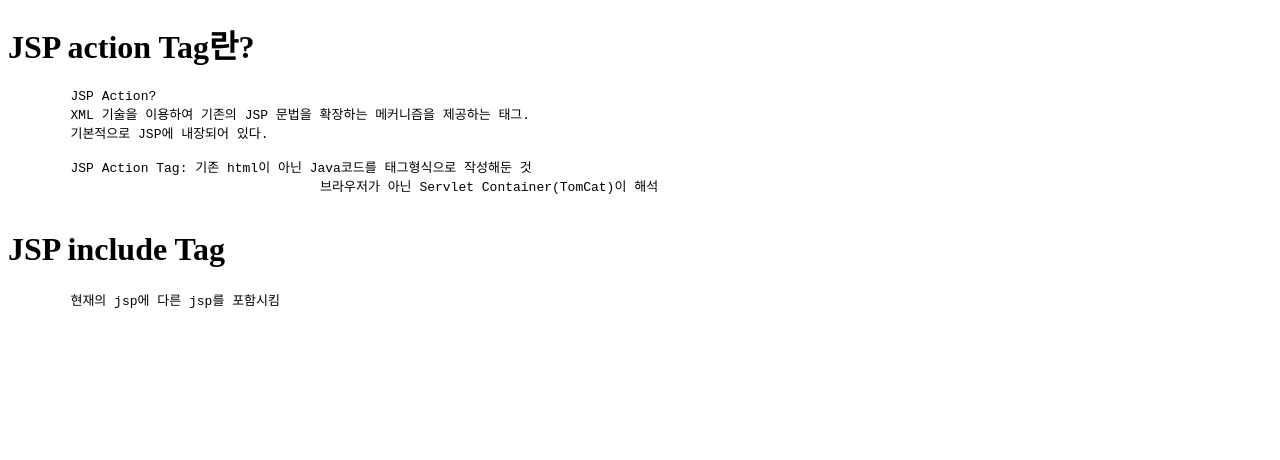
Repository: Seenee-Shin/servlet-jsp
Page: http://localhost/JSPProject/02_action.jsp
These files come from the project's save history. The page is drawn as it stood at one moment and after the next save; the edit follows.
The browser window is 1280 px wide. The pictures show the whole page.
The page is served by Tomcat 9.

Above is the page before, as saved 2021-11-29 03:41:06.

After the next save:
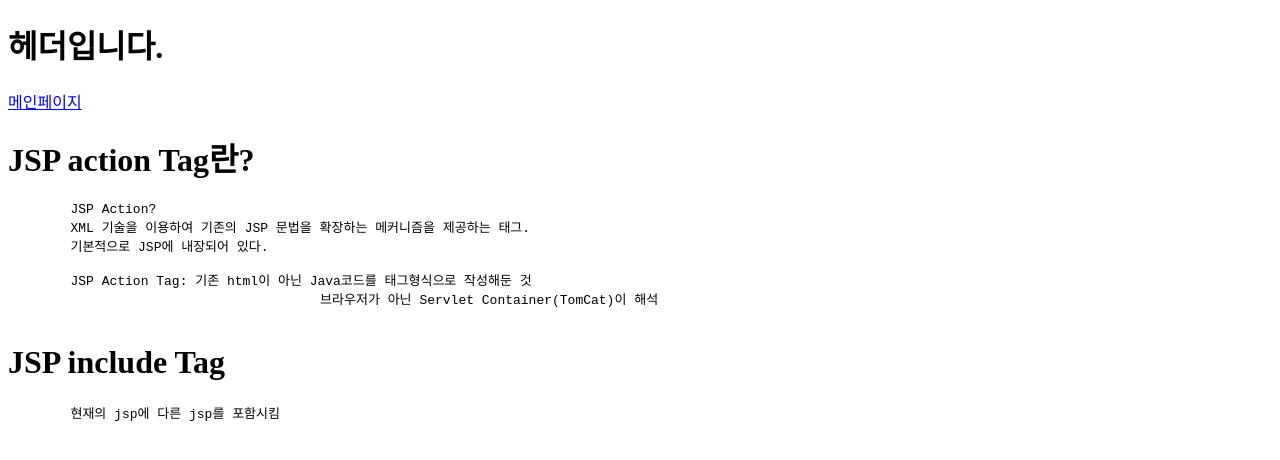
Saved 2 min 18 s later.
--- a/JSPProject/src/main/webapp/02_action.jsp
+++ b/JSPProject/src/main/webapp/02_action.jsp
@@ -7,6 +7,13 @@
 <title>02.JSP action tag</title>
 </head>
 <body>
+
+	<header>
+		<h1>헤더입니다.</h1>
+		<a href="<%= request.getContextPath()%>">메인페이지 </a>
+	</header>
+
+
 	<h1> JSP action Tag란?</h1>
 	<pre>
 	JSP Action?
